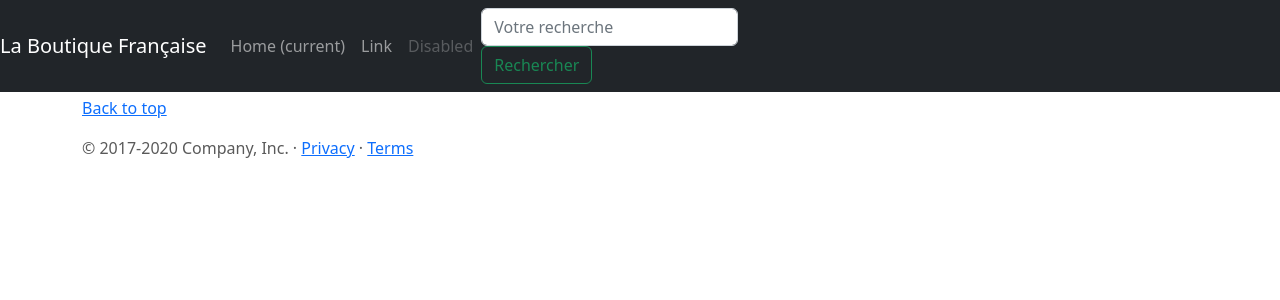
Repository: Coulibaly00180/laboutiquefrancaise
Page: templates/account/index.html.twig
An editor plug-in stored every save of this project. The page is shown before and after the next save, followed by the edit.
The browser window is 1280 px wide. The pictures show the whole page.
The page is a Twig template of a Symfony application; nobody is signed in and links lead nowhere. The template is opened directly, without the code that normally fills it, so the values that code supplies are empty.

Above is the page before, as saved 2023-03-02 10:32:39.

After the next save:
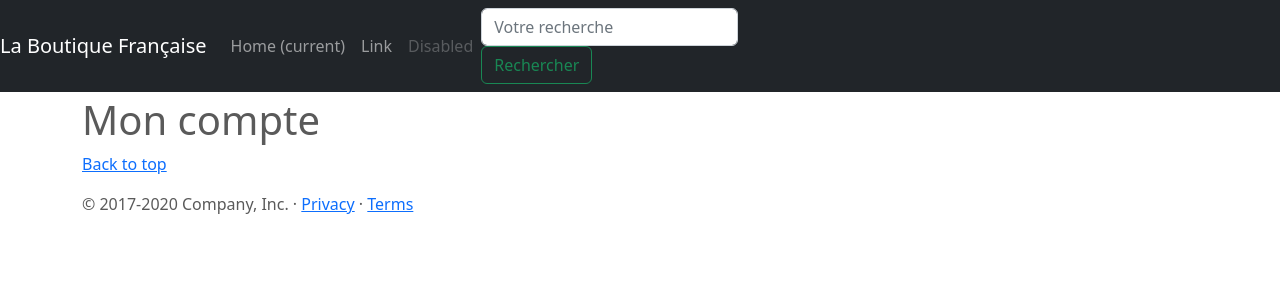
Saved 76 s later.
--- a/templates/account/index.html.twig
+++ b/templates/account/index.html.twig
@@ -3,5 +3,5 @@
 {% block title %}Mon compte - La Boutique Française{% endblock %}
 
 {% block content %}
-
+    <h1>Mon compte</h1>
 {% endblock %}
